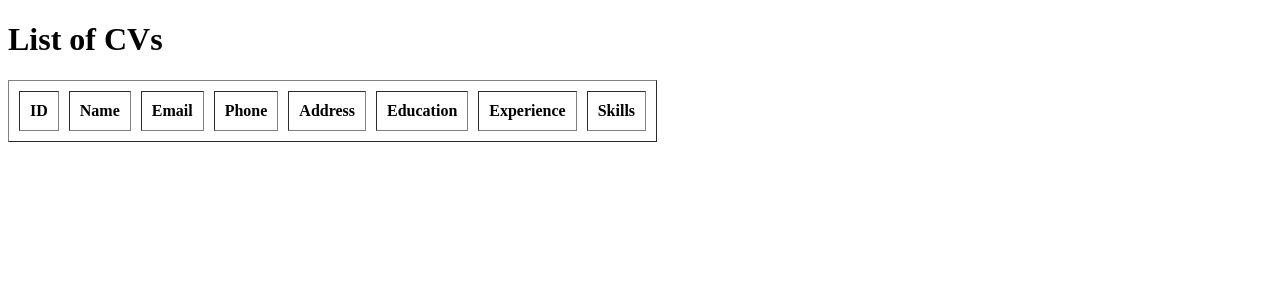
Repository: Arisha004/CV-generator
Page: http://localhost/list.php
An editor plug-in stored every save of this project. The page is shown before and after a run of saves, followed by the edit.
The browser window is 1280 px wide. The pictures show the whole page.
The page is run by PHP 8.4 with error messages shown; the project is at /var/www/html/. Queries for data that is not in the repository find no rows.

Above is the page before, as saved 2025-10-14 00:52:33.

After the next 3 saves:
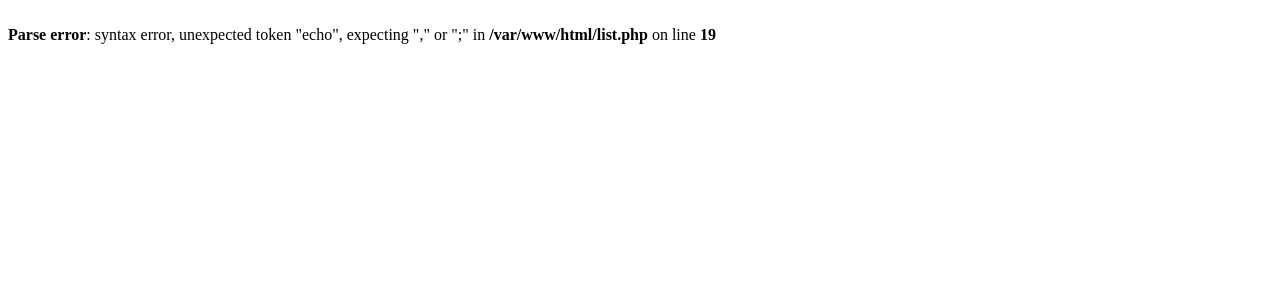
The 3 saves are shown as one change because they came seconds apart.
The last was saved 9 s later.
--- a/list.php
+++ b/list.php
@@ -15,8 +15,8 @@
 <body>
     <h1>List of CVs</h1>
     <?php
-echo "<table border='1' ; cellspacing='10'; cellpadding='10'>
-    <tr>
+echo "<table border='1' ; cellspacing='10'; cellpadding='10'>"
+  echo   "<tr>
     <th>ID</th>
     <th>Name</th>
     <th>Email</th>

After the save that followed:
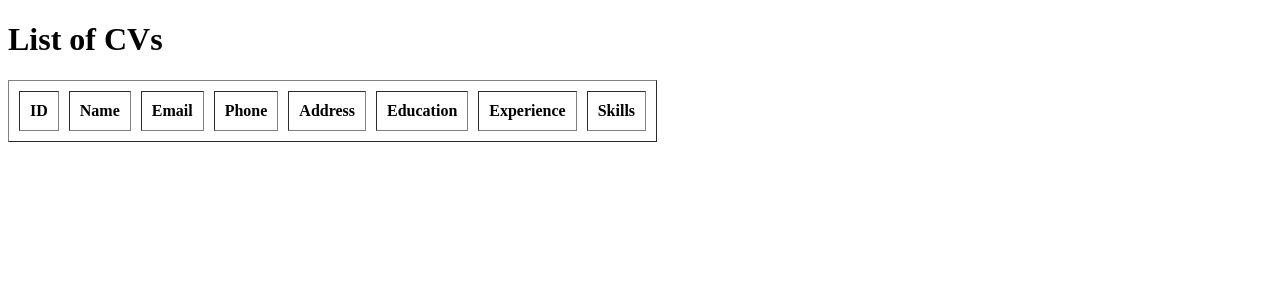
Saved 9 s later.
--- a/list.php
+++ b/list.php
@@ -15,7 +15,7 @@
 <body>
     <h1>List of CVs</h1>
     <?php
-echo "<table border='1' ; cellspacing='10'; cellpadding='10'>"
+echo "<table border='1' ; cellspacing='10'; cellpadding='10'>";
   echo   "<tr>
     <th>ID</th>
     <th>Name</th>
